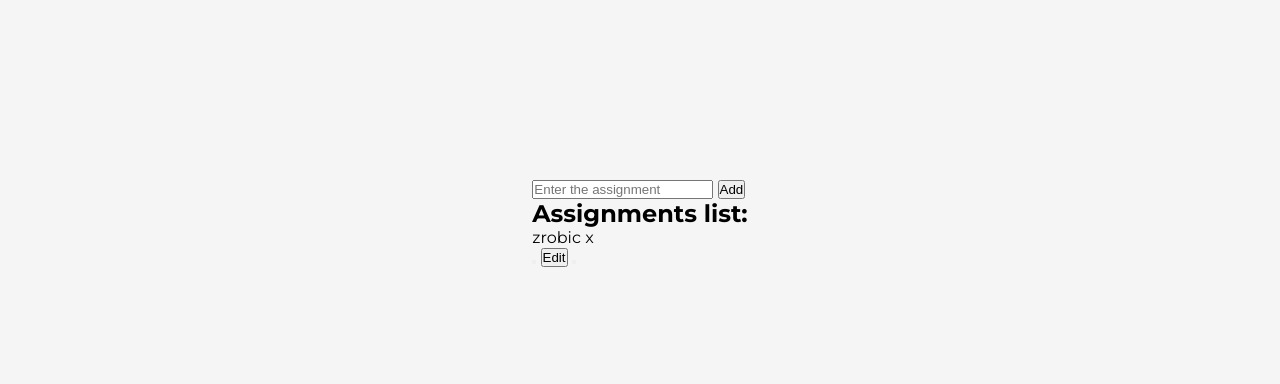
Repository: kimi1723/To-do-app
Page: index.html
An editor plug-in stored every save of this project. The page is shown before and after the next save, followed by the edit.
The browser window is 1280 px wide. The pictures show the whole page.
Some web libraries are served in a nearby version.

Above is the page before, as saved 2023-03-31 10:42:59.
Console error: TypeError: Cannot read properties of null (reading 'addEventListener')

### index.html
<!DOCTYPE html>
<html lang="pl">

<head>
    <meta charset="UTF-8">
    <meta name="viewport" content="width=device-width, initial-scale=1.0">
    <meta http-equiv="X-UA-Compatible" content="ie=edge">
    <title>To do app</title>
    <script src="https://kit.fontawesome.com/327a0d490c.js" crossorigin="anonymous"></script>
    <link href="https://fonts.googleapis.com/css?family=Montserrat:400,700&display=swap&subset=latin-ext"
        rel="stylesheet">
    <link rel="stylesheet" href="/dist/css/main.min.css">
</head>

<body>
    <main class="to-do-container">
        <div class="to-do-container-header">
            <h1 class="to-do-container-header__heading">To do app</h1>

            <input type="text" class="to-do-container-header__input" placeholder="Enter the assignment">
            <button class="to-do-container-header__add-button">Add</button>
        </div>

        <div class="to-do-container-assignments">
            <h2 class="to-do-container-assignments__heading">Assignments list:</h2>

            <div class="to-do-container-assignments__assignment">
                <p class="to-do-container-assignments__assignment-text">zrobic x</p>

                <div class="to-do-container-assignments__assignment-buttons">
                    <button class="to-do-container-assignments__assignment-buttons-button"></button>
                    <button class="to-do-container-assignments__assignment-buttons-button to-do-container-assignments__assignment-buttons-button--edit">Edit</button>
                    <button class="to-do-container-assignments__assignment-buttons-button"></button>
                </div>


            </div>
        </div>
    </main>

    <script src="/dist/js/app.min.js"></script>
</body>

</html>

Loaded but not shown: dist/css/main.min.css (library); dist/js/app.min.js (library)

After the next save:
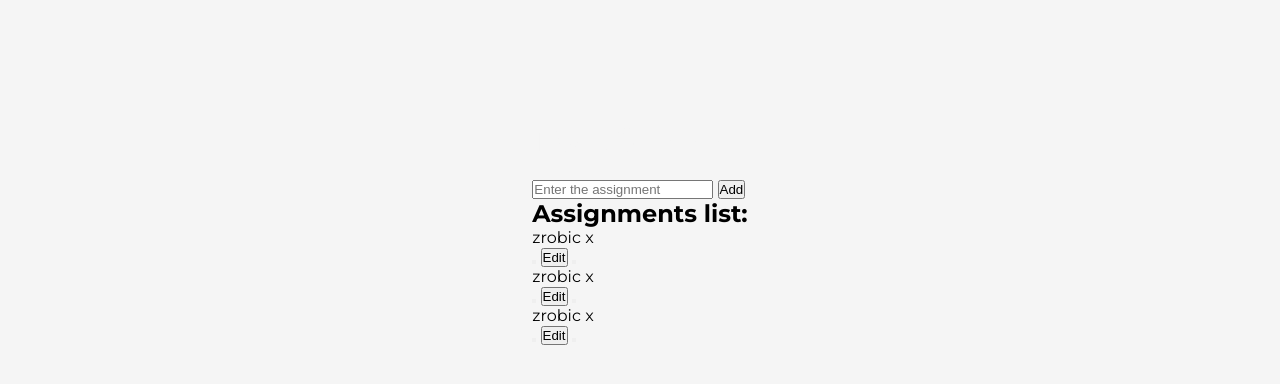
Saved 24 s later.
--- a/index.html
+++ b/index.html
@@ -32,9 +32,29 @@
                     <button class="to-do-container-assignments__assignment-buttons-button to-do-container-assignments__assignment-buttons-button--edit">Edit</button>
                     <button class="to-do-container-assignments__assignment-buttons-button"></button>
                 </div>
+            </div>
+
+            <div class="to-do-container-assignments__assignment">
+                <p class="to-do-container-assignments__assignment-text">zrobic x</p>
+
+                <div class="to-do-container-assignments__assignment-buttons">
+                    <button class="to-do-container-assignments__assignment-buttons-button"></button>
+                    <button class="to-do-container-assignments__assignment-buttons-button to-do-container-assignments__assignment-buttons-button--edit">Edit</button>
+                    <button class="to-do-container-assignments__assignment-buttons-button"></button>
+                </div>
+            </div>
+
+            <div class="to-do-container-assignments__assignment">
+                <p class="to-do-container-assignments__assignment-text">zrobic x</p>
+
+                <div class="to-do-container-assignments__assignment-buttons">
+                    <button class="to-do-container-assignments__assignment-buttons-button"></button>
+                    <button class="to-do-container-assignments__assignment-buttons-button to-do-container-assignments__assignment-buttons-button--edit">Edit</button>
+                    <button class="to-do-container-assignments__assignment-buttons-button"></button>
+                </div>
+            </div>
 
 
-            </div>
         </div>
     </main>
 
